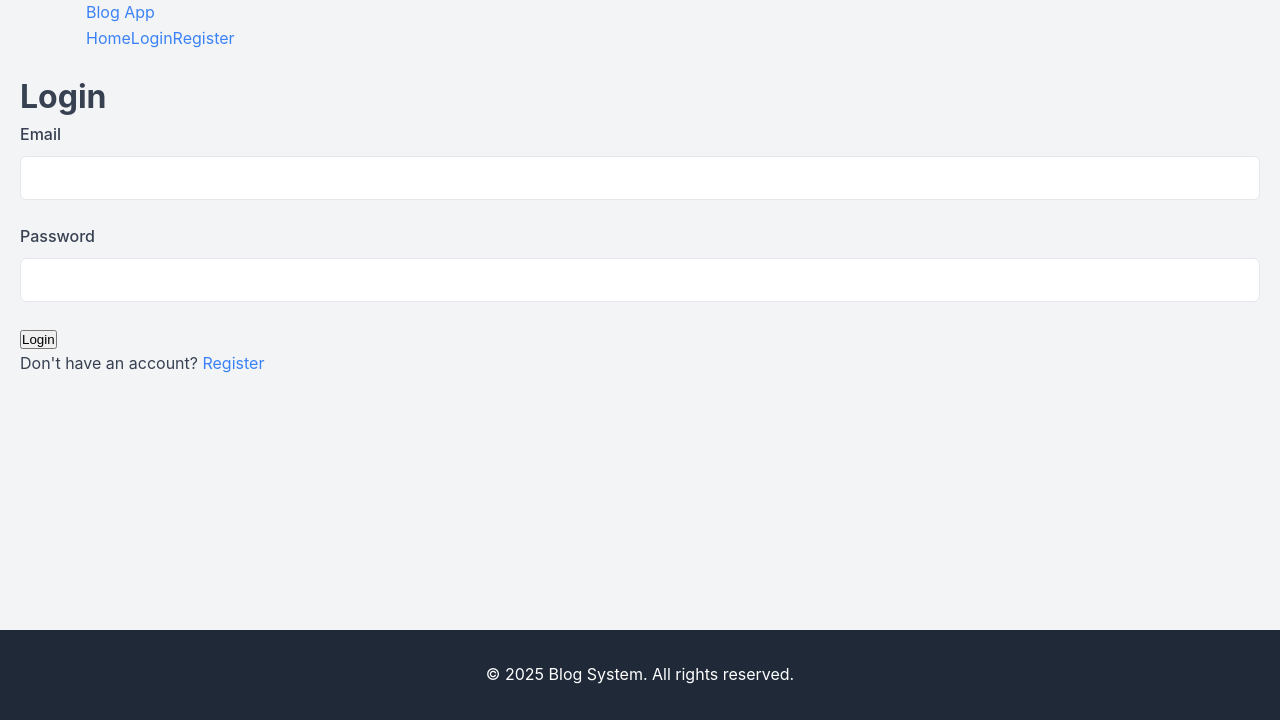
Repository: Vicae-a/Blog
Page: /profile (app in frontend/)
The author's editor kept a copy of each file at every save. The page is drawn from the files as they stood at one save, then again after a run of saves.
The browser window is 1280 px wide. The pictures show the whole page.
The project was rebuilt for these pictures with package versions that can differ from the ones it lists, and the page was loaded fresh each time. Also part of the build but not shown: frontend/vite.config.js, frontend/src/components/PostCard.jsx, frontend/src/components/Pagination.jsx, frontend/src/components/SearchBar.jsx, frontend/src/pages/Home.jsx, frontend/src/pages/Register.jsx, frontend/src/components/Comment.jsx, frontend/src/components/CommentForm.jsx and 5 more.

Above is the page before, as saved 2025-03-29 23:14:18.

After the next 2 saves:
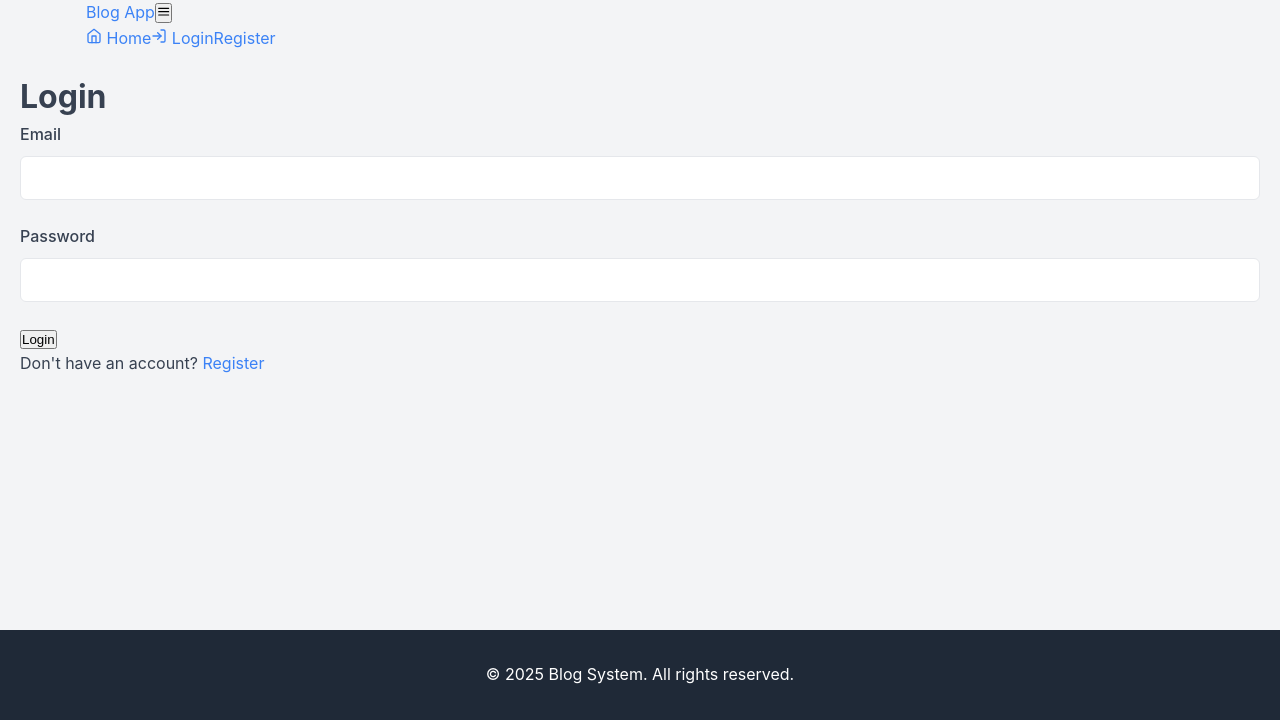
The 2 saves are shown as one change because they came seconds apart.
The last was saved 73 s later.
--- a/frontend/src/components/Navbar.jsx
+++ b/frontend/src/components/Navbar.jsx
@@ -1,35 +1,70 @@
-import { Link } from 'react-router-dom';
-import { useAuth } from '../context/AuthContext';
+import { useState } from "react";
+import { Link } from "react-router-dom";
+import { useAuth } from "../context/AuthContext";
+import { FiMenu, FiX, FiUser, FiLogOut, FiPlus, FiHome, FiLogIn } from "react-icons/fi";
 
 const Navbar = () => {
   const { user, logout, isAuthenticated } = useAuth();
+  const [isOpen, setIsOpen] = useState(false);
+  const [isDropdownOpen, setIsDropdownOpen] = useState(false);
 
   return (
-    <nav className="navbar">
-      <div className="container">
-        <div className="navbar-brand">
-          <Link to="/" className="navbar-item">Blog App</Link>
-        </div>
+    <nav className="bg-blue-600 text-white shadow-md">
+      <div className="container mx-auto flex justify-between items-center p-4">
 
-        <div className="navbar-menu">
-          <div className="navbar-end">
-            <Link to="/" className="navbar-item">Home</Link>
+        {/* Logo */}
+        <Link to="/" className="text-2xl font-bold">Blog App</Link>
+
+        {/* Mobile Menu Toggle */}
+        <button
+          className="md:hidden text-white text-2xl"
+          onClick={() => setIsOpen(!isOpen)}
+        >
+          {isOpen ? <FiX /> : <FiMenu />}
+        </button>
+
+        {/* Navbar Links */}
+        <div className={`md:flex md:items-center ${isOpen ? "block" : "hidden"} md:block`}>
+          <div className="flex flex-col md:flex-row md:space-x-6 mt-4 md:mt-0">
+            <Link to="/" className="hover:text-gray-300 flex items-center space-x-2">
+              <FiHome /> <span>Home</span>
+            </Link>
 
             {isAuthenticated ? (
               <>
-                <Link to="/posts/create" className="navbar-item">New Post</Link>
-                <div className="navbar-item has-dropdown is-hoverable">
-                  <a className="navbar-link">{user.name}</a>
-                  <div className="navbar-dropdown">
-                    <Link to="/profile" className="navbar-item">Profile</Link>
-                    <a onClick={logout} className="navbar-item">Logout</a>
-                  </div>
+                <Link to="/posts/create" className="hover:text-gray-300 flex items-center space-x-2">
+                  <FiPlus /> <span>New Post</span>
+                </Link>
+
+                {/* User Dropdown */}
+                <div className="relative">
+                  <button
+                    onClick={() => setIsDropdownOpen(!isDropdownOpen)}
+                    className="flex items-center space-x-2 hover:text-gray-300"
+                  >
+                    <FiUser /> <span>{user.name}</span>
+                  </button>
+
+                  {/* Dropdown Menu */}
+                  {isDropdownOpen && (
+                    <div className="absolute right-0 mt-2 bg-white text-black shadow-lg rounded-lg w-40">
+                      <Link to="/profile" className="block px-4 py-2 hover:bg-gray-100">Profile</Link>
+                      <button
+                        onClick={logout}
+                        className="w-full text-left px-4 py-2 hover:bg-gray-100 flex items-center space-x-2"
+                      >
+                        <FiLogOut /> <span>Logout</span>
+                      </button>
+                    </div>
+                  )}
                 </div>
               </>
             ) : (
               <>
-                <Link to="/login" className="navbar-item">Login</Link>
-                <Link to="/register" className="navbar-item">Register</Link>
+                <Link to="/login" className="hover:text-gray-300 flex items-center space-x-2">
+                  <FiLogIn /> <span>Login</span>
+                </Link>
+                <Link to="/register" className="hover:text-gray-300">Register</Link>
               </>
             )}
           </div>
